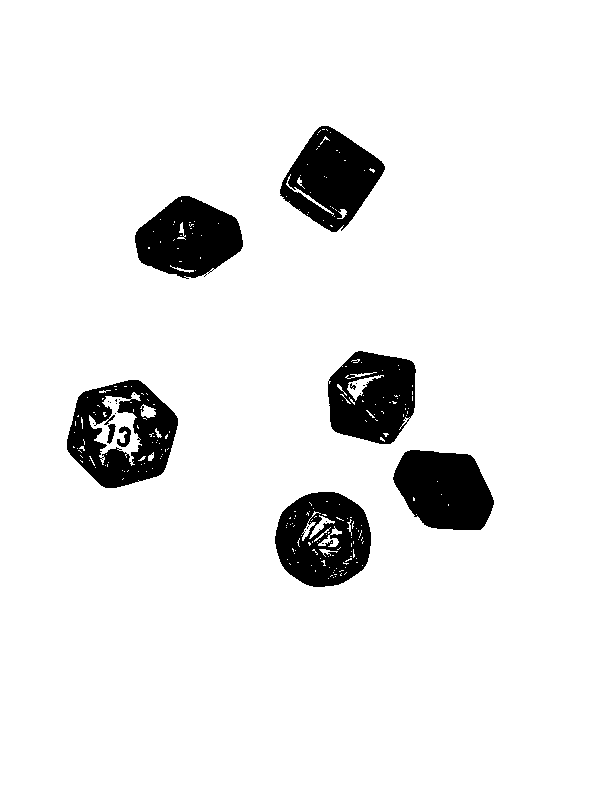
Repository: kaiofbgarcia/OpenCV
Script's output: python OCR/dadosContador.py
The author's editor kept a copy of each file at every save. The script's output is drawn from the files as they stood at one save, then again after the next save.
Random numbers start from a fixed seed. It also reads OCR/img/dados2.jpg.

Above is the script's output before, as saved 2022-06-28 20:12:50.

After the next save:
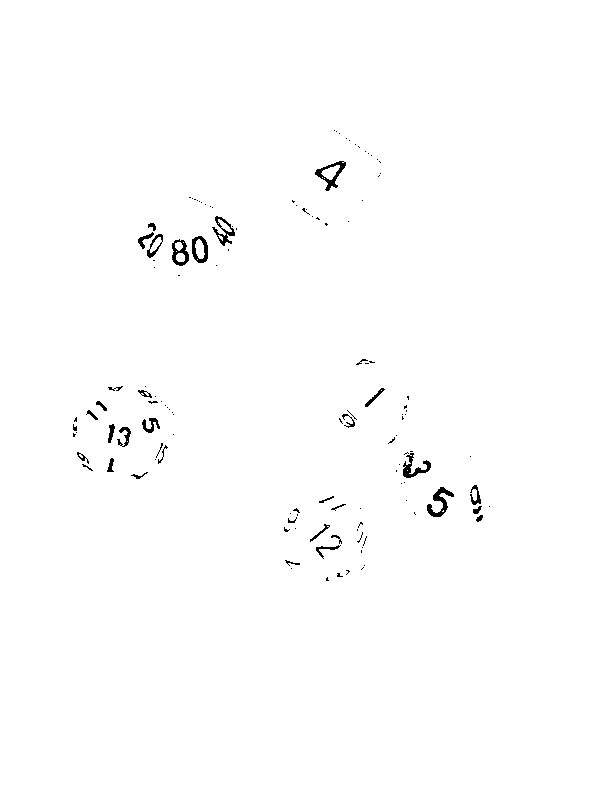
Saved 21 s later.
--- a/OCR/dadosContador.py
+++ b/OCR/dadosContador.py
@@ -9,7 +9,7 @@ res = cv2.resize(imagem, dsize=( 598, 800), interpolation=cv2.INTER_CUBIC) # Red
 gray = cv2.cvtColor(res, cv2.COLOR_BGR2GRAY)     # GrayScale
 blur = cv2.blur(gray,(1,1))                       # Blur ###############
 
-ret,binary = cv2.threshold(gray , 127 ,255, cv2.THRESH_BINARY)         # Binarização ################
+ret,binary = cv2.threshold(gray , 55 ,255, cv2.THRESH_BINARY)         # Binarização ################
 ret1,binary1 = cv2.threshold(binary,127,255,cv2.THRESH_BINARY_INV)   # Inverter a Binarização
 
 
